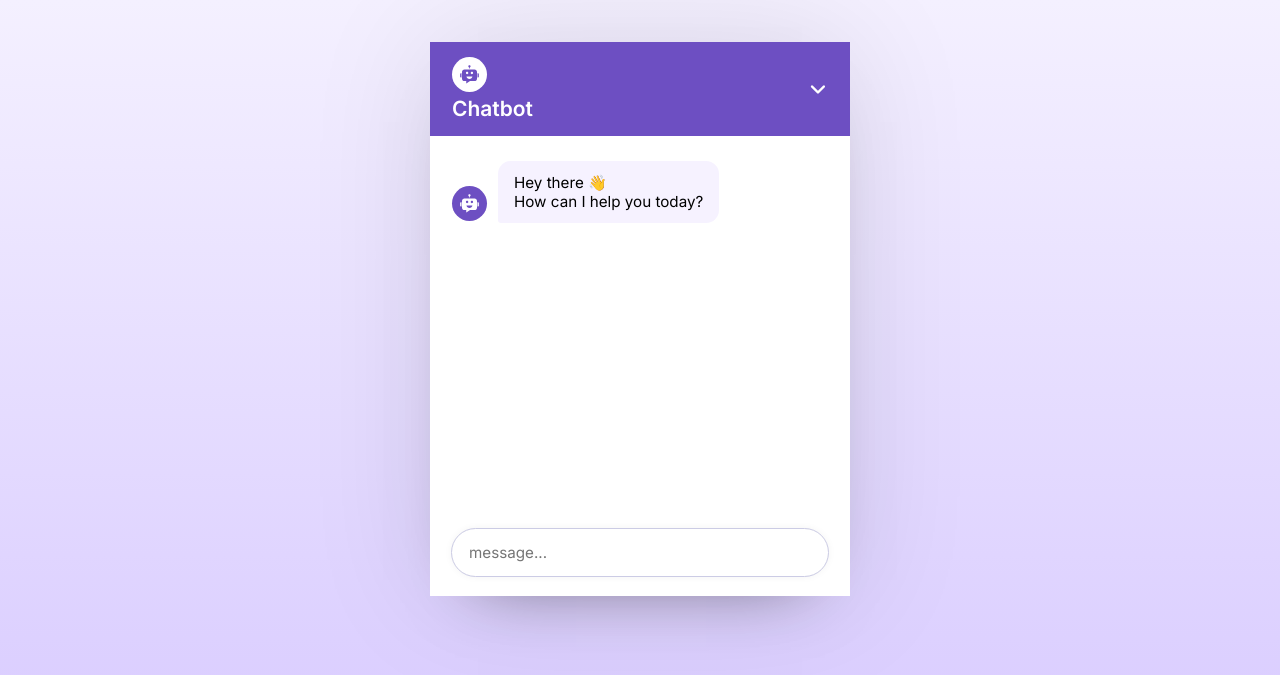
Repository: gogg23/chatbot
Page: / (app in chatbot/)
The author's editor kept a copy of each file at every save. The page is drawn from the files as they stood at one save, then again after the next save.
The browser window is 1280 px wide. The pictures show the whole page.
The project was rebuilt for these pictures with package versions that can differ from the ones it lists, and the page was loaded fresh each time. Also part of the build but not shown: chatbot/vite.config.js, chatbot/src/components/ChatMessage.jsx.

Above is the page before, as saved 2025-01-28 11:33:04.

After the next save:
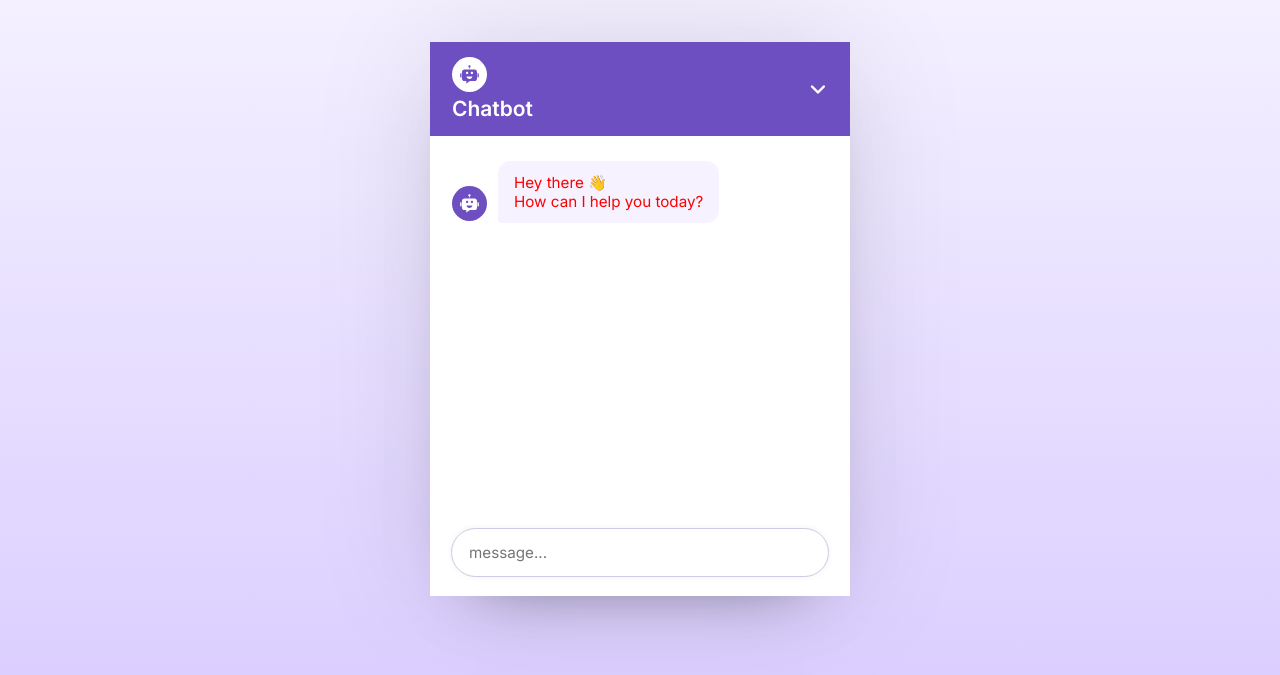
Saved 2 min 16 s later.
--- a/chatbot/src/components/ChatMessage.css
+++ b/chatbot/src/components/ChatMessage.css
@@ -1,6 +1,6 @@
 .message-text {
   background-color: #fff; /* White background */
-  color: #000 !important; /* Black text */
+  color: #ff0000 !important; /* Black text */
   font-size: 16px;
   padding: 0.5rem; /* Add spacing */
   border-radius: 4px; /* Optional: Rounded corners */

After the save that followed:
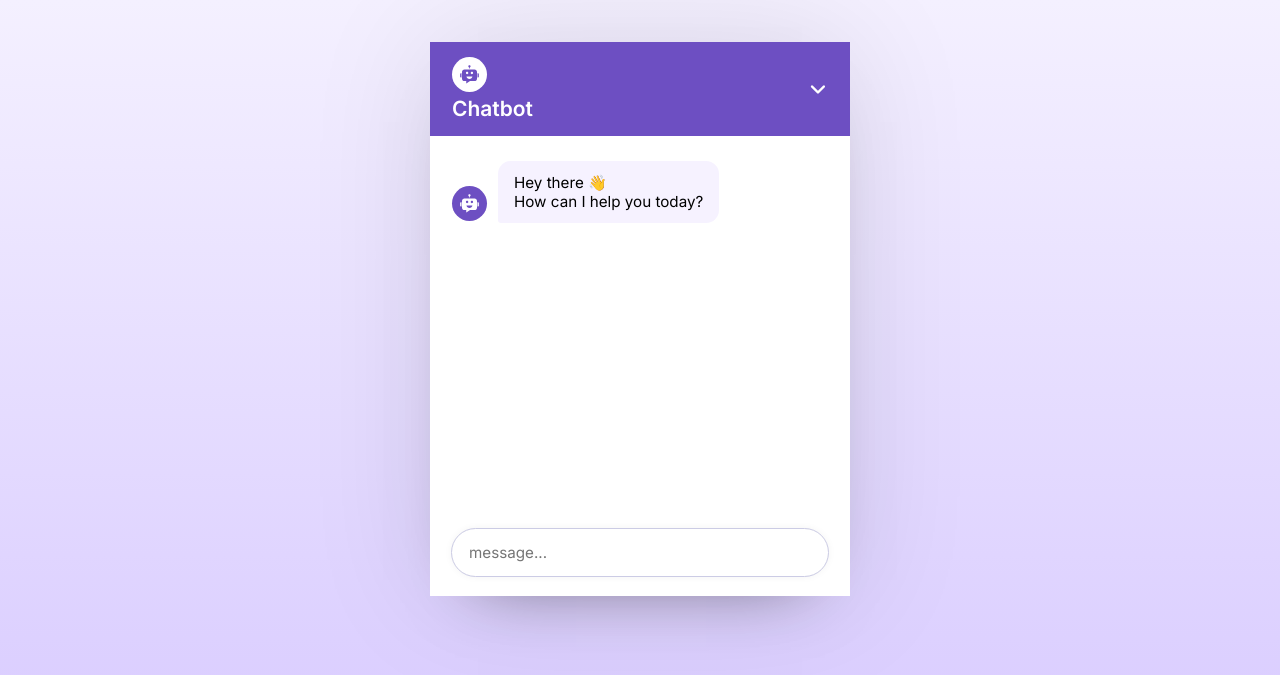
Saved 24 s later.
--- a/chatbot/src/components/ChatMessage.css
+++ b/chatbot/src/components/ChatMessage.css
@@ -1,6 +1,6 @@
 .message-text {
   background-color: #fff; /* White background */
-  color: #ff0000 !important; /* Black text */
+  color: #000 !important; /* Black text */
   font-size: 16px;
   padding: 0.5rem; /* Add spacing */
   border-radius: 4px; /* Optional: Rounded corners */
